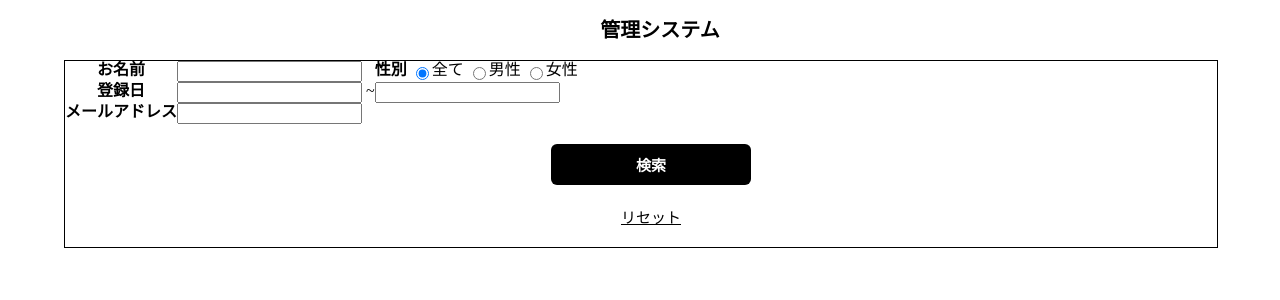
Repository: masanarimiura/20220723_miura_advance_test
Page: http://localhost/manage
These files come from the project's save history. The page is drawn as it stood at one moment and after a run of saves; the edit follows.
The browser window is 1280 px wide. The pictures show the whole page.
The page is served by the project's Laravel application, run on PHP 8.4 with Laravel 8. Other server files are loaded and not shown.

Above is the page before, as saved 2022-07-19 20:28:29.

### routes/web.php
<?php

use Illuminate\Support\Facades\Route;
use App\Http\Controllers\ContactController;


Route::get('/', [ContactController::class, 'index']);
Route::post('/', [ContactController::class, 'input']);
Route::get('/confirm', [ContactController::class, 'retype']);
Route::post('/confirm', [ContactController::class, 'store']);
Route::get('/thanks', [ContactController::class, 'thanks']);
Route::get('/manage', [ContactController::class, 'manage']);

### app/Http/Controllers/ContactController.php
<?php

namespace App\Http\Controllers;

use Illuminate\Http\Request;
use App\Models\Contact;
use App\Http\Requests\ClientRequest;

class ContactController extends Controller
{
    public function index()
    {
        return view('index');
    }

    public function input(ClientRequest $request)
    {
        return view('confirm',$request);
    }

    public function retype(Request $request)
    {
        return redirect('/')->withInput();
    }

    public function store(Request $request)
    {
        // 登録処理
        return view('thanks');
    }

    public function thanks()
    {
        return view('thanks');
    }

    public function manage()
    {
        return view('manage');
    }



    // public function search(Request $request)
    // {
    //     $item = Contact::find($request->input);
    //     $param = [
    //         'item' => $item,
    //         'input' => $request->input
    //     ];
    //     return view('find', $param);
    // }
}

### resources/views/manage.blade.php
<!DOCTYPE html>
<html lang="ja">

<head>
  <meta charset="UTF-8">
  <meta name="viewport" content="width=device-width, initial-scale=1.0">
  <meta http-equiv="X-UA-Compatible" content="ie=edge">
  <title>advance_test</title>
  <style>
    html, body, div, span, object, iframe,
h1, h2, h3, h4, h5, h6, p, blockquote, pre,
abbr, address, cite, code,
del, dfn, em, img, ins, kbd, q, samp,
small, strong, sub, sup, var,
b, i,
dl, dt, dd, ol, ul, li,
fieldset, form, label, legend,
table, caption, tbody, tfoot, thead, tr, th, td,
article, aside, canvas, details, figcaption, figure,
footer, header, hgroup, menu, nav, section, summary,
time, mark, audio, video {
    margin:0;
    padding:0;
    border:0;
    outline:0;
    font-size:100%;
    vertical-align:baseline;
    background:transparent;
}

body {
    line-height:1;
}

article,aside,details,figcaption,figure,
footer,header,hgroup,menu,nav,section {
    display:block;
}

nav ul {
    list-style:none;
}

blockquote, q {
    quotes:none;
}

blockquote:before, blockquote:after,
q:before, q:after {
    content:'';
    content:none;
}

a {
    margin:0;
    padding:0;
    font-size:100%;
    vertical-align:baseline;
    background:transparent;
}

/* change colours to suit your needs */
ins {
    background-color:#ff9;
    color:#000;
    text-decoration:none;
}

/* change colours to suit your needs */
mark {
    background-color:#ff9;
    color:#000;
    font-style:italic;
    font-weight:bold;
}

del {
    text-decoration: line-through;
}

abbr[title], dfn[title] {
    border-bottom:1px dotted;
    cursor:help;
}

table {
    border-collapse:collapse;
    border-spacing:0;
}

/* change border colour to suit your needs */
hr {
    display:block;
    height:1px;
    border:0;
    border-top:1px solid #cccccc;
    margin:1em 0;
    padding:0;
}

input, select {
    vertical-align:middle;
}
/* ここまでreset.css */
.manage {
  width:90%;
  margin: 0 auto;
}
.manage h2{
  text-align:center;
  padding: 20px;
  font-size:20px;
  width: 100%;
}
.system {
  width:100%;
  border:solid 1px black;
}
.system form {
  width: 100%;
}
.box_con form table {
  width: 100%;
}
.box_con form table tr th {
  width: 30%;
  font-weight: bold;
  text-align: left;
  padding-left: 10px;
}
.box_con form table tr td {
  padding: 1em .5em;
}




.search-gender p {
  display: inline;
  font-weight: bold;
}




.submit-box {
  text-align:center;
  padding: 10px;
  font-size:20px;
  width: 100%;
}
.submit-btn{
  border-radius: 6px;
  margin: 10px auto 0;
  padding-top: 10px;
  padding-bottom: 10px;
  width: 200px;
  display: block;
  background: black;
  color: #fff;
  font-weight: bold;
  font-size: 15px;
  border: none;
  cursor: pointer;
}
.return-btn{
  border: none;
  margin: 0 auto;
  padding-bottom: 10px;
  display: block;
  background: #fff;
  color: black;
  font-size: 15px;
  text-decoration:underline;
  cursor: pointer;
}






.show-data {
  width:100%;
}
  </style>
</head>

<body>
  <div class="manage">
    <h2>管理システム</h2>
    <div class="system">
      <form action="">
        <table>
          @csrf
          <tr>
            <th>お名前</th>
            <td>
              <input type="text" name="full_name-search" value="" >
            </td>
            <td class="search-gender">
              <p>性別</p>
              <input type="radio" name="gender" value="全て" checked class="check-box">全て
              <input type="radio" name="gender" value="男性" class="check-box">男性
              <input type="radio" name="gender" value="女性" class="check-box">女性
            </td>
          </tr>
          <tr>
            <th>登録日</th>
            <td>
              <input type="text" name="begin-search-date" value="" >
              <span>~</span>
            </td>
            <td>
              <input type="text" name="end-search-date" value="" >
            </td>
          </tr>
          <tr>
            <th>メールアドレス</th>
            <td>
              <input type="text" name="email-search" value="" >
            </td>
          </tr>
        </table>
        <div class="submit-box">
          <button type="submit" class="submit-btn">検索</button>
        </div>
        <div class="submit-box">
          <button type="submit" formmethod="get" class="return-btn">リセット</button>
        </div>
      </form>
    </div>


    <div class="show-data">
    </div>
  </div>
</body>
</html>

<script>

</script>

Loaded but not shown: app/Providers/AppServiceProvider.php (common file); app/Http/Controllers/Controller.php (common file)

After the next 2 saves:
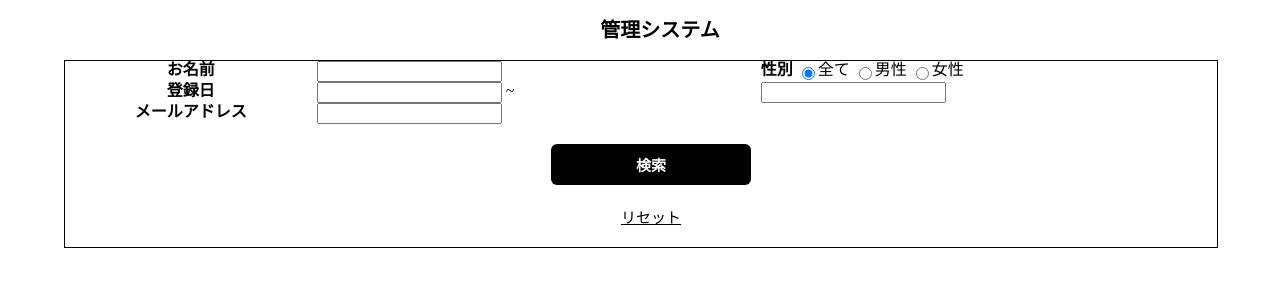
The 2 saves are shown as one change because they came seconds apart.
The last was saved 7 s later.
--- a/resources/views/manage.blade.php
+++ b/resources/views/manage.blade.php
@@ -119,7 +119,7 @@ input, select {
 .system form {
   width: 100%;
 }
-.box_con form table {
+.system form table {
   width: 100%;
 }
 .box_con form table tr th {
